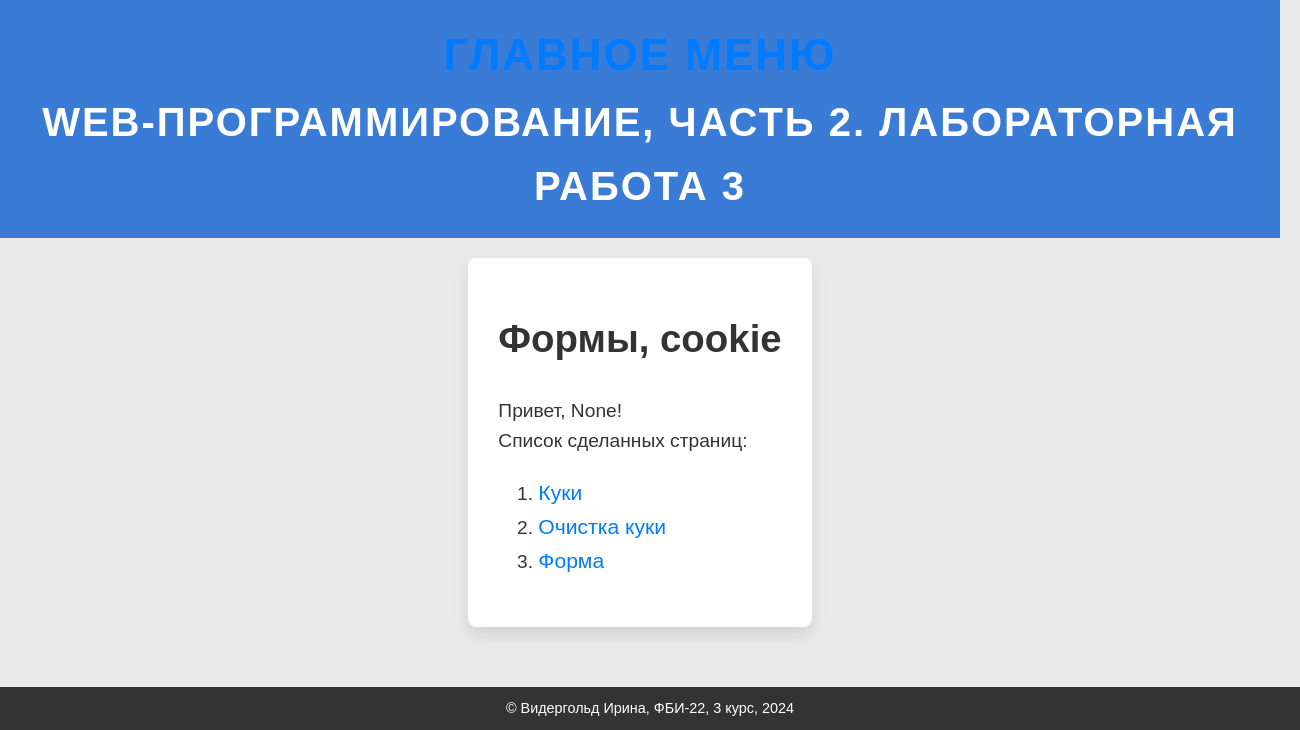
Repository: vidergooold/web-programming-labs_2-
Page: http://localhost/lab3/lab3/
An editor plug-in stored every save of this project. The page is shown before and after the next save, followed by the edit.
The browser window is 1280 px wide. The page is 1300 px wide, so the pictures cover 1300 px, including what lies to the right of the window. The pictures show the whole page.
The page is served by the project's application, run on Flask 3 (app.py).

Above is the page before, as saved 2024-10-15 22:49:06.

After the next save:
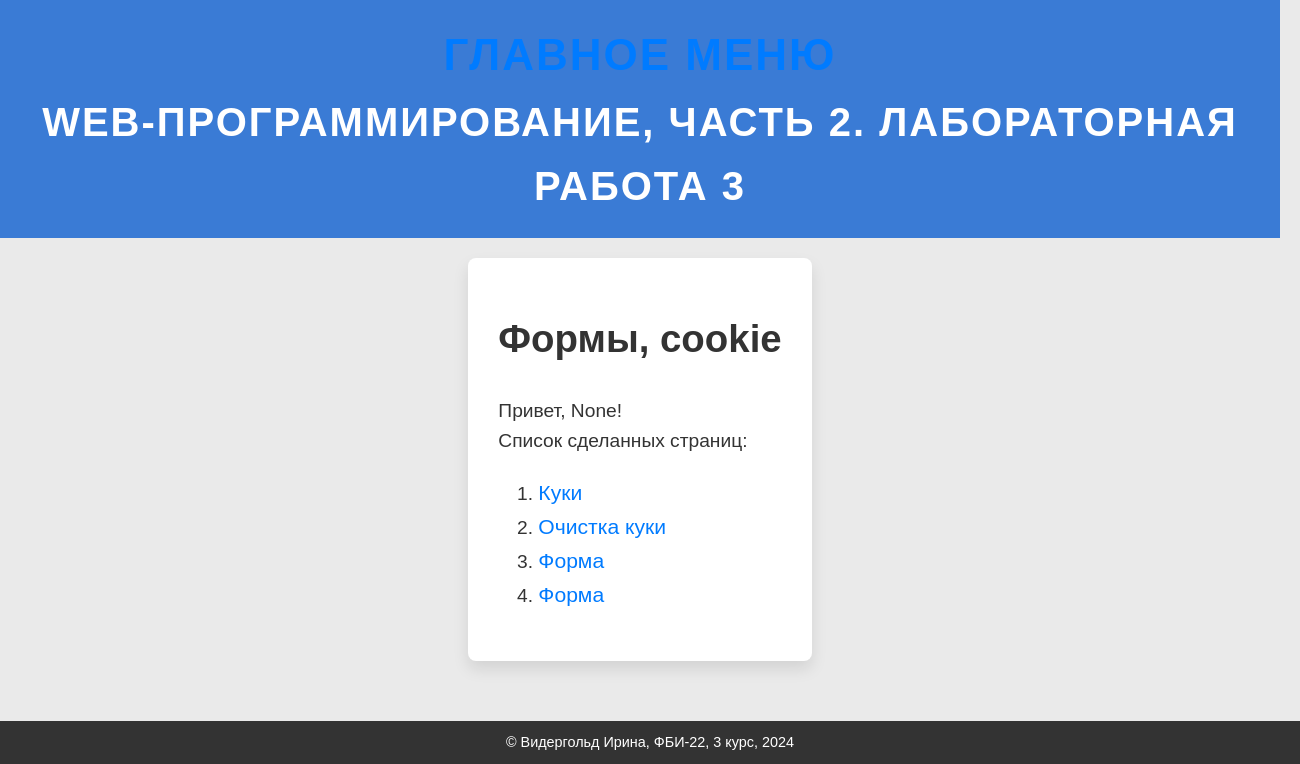
Saved 15 s later.
--- a/templates/lab3/lab3.html
+++ b/templates/lab3/lab3.html
@@ -12,5 +12,6 @@
         <li><a href="/lab3/cookie">Куки</a></li>
         <li><a href="/lab3/del_cookie">Очистка куки</a></li>
         <li><a href="/lab3/lab3/form1">Форма</a></li>
+        <li><a href="/lab3/lab3/form1">Форма</a></li>
     </ol>
 {% endblock %}
